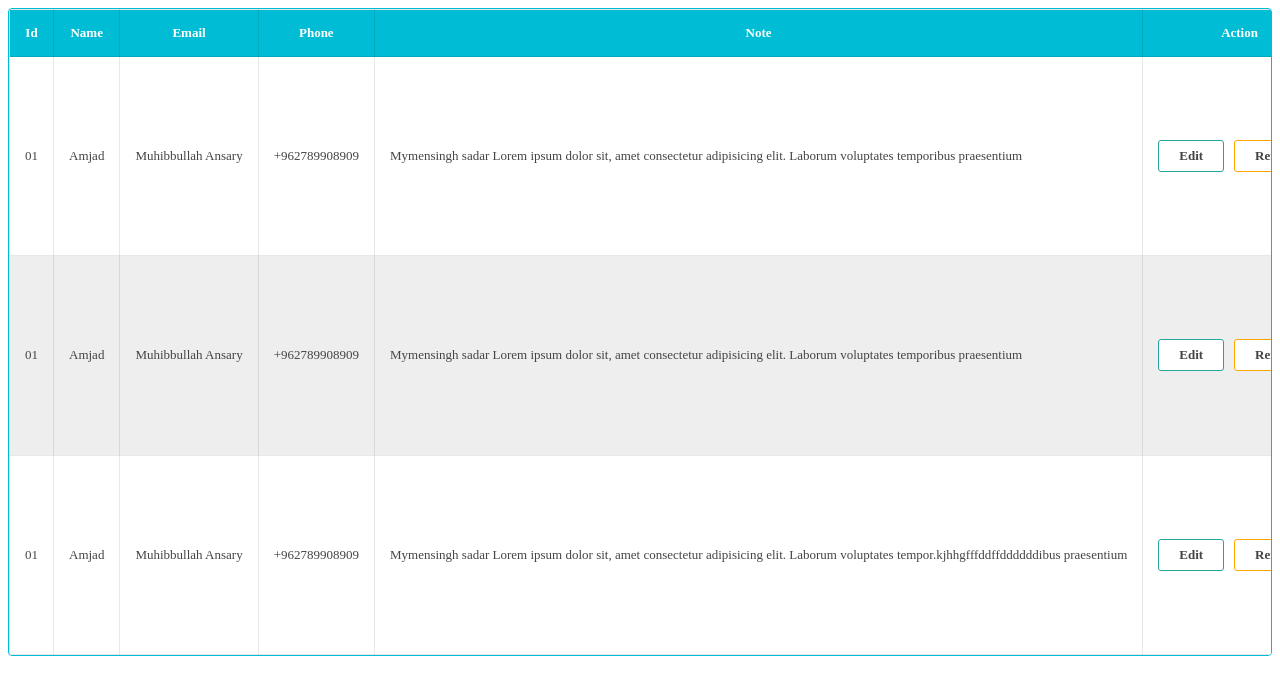
Repository: special4Party/Graduation-project-wedding-hall
Page: include/temp/tttttttttt.html
These files come from the project's save history. The page is drawn as it stood at one moment and after the next save; the edit follows.
The browser window is 1280 px wide. The pictures show the whole page.

Above is the page before, as saved 2022-05-01 00:26:21.

After the next save:
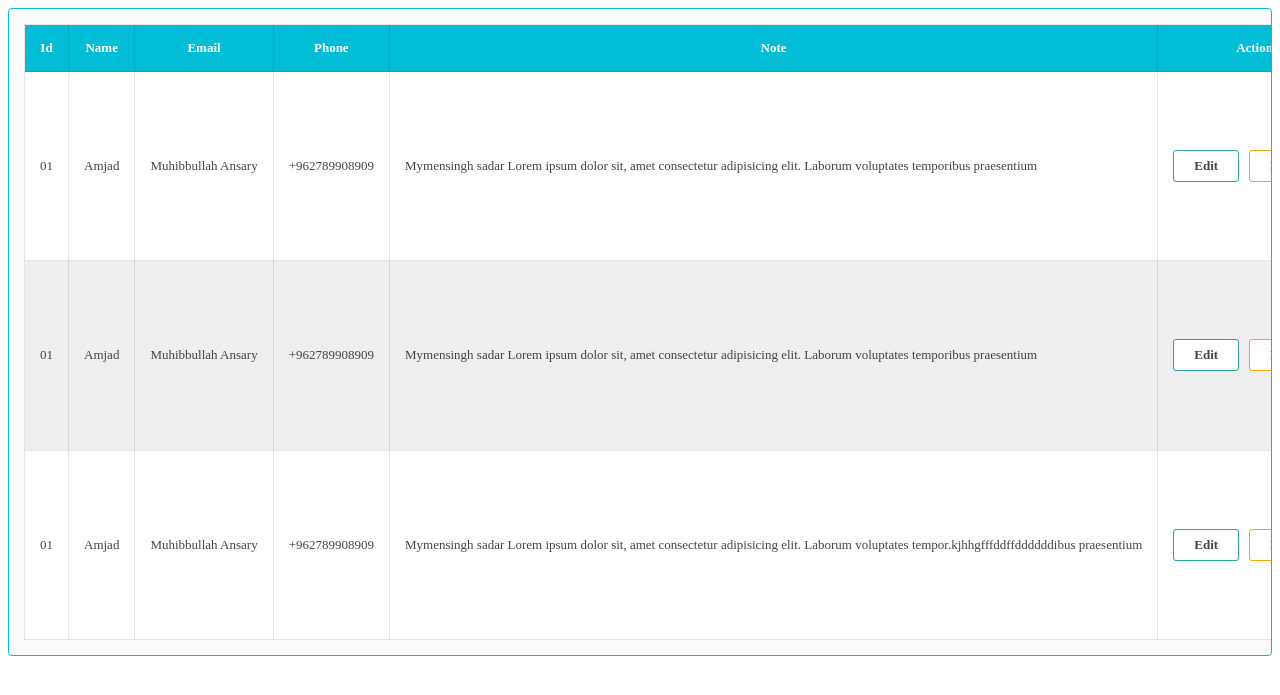
Saved 14 s later.
--- a/layout/css/tttttttt.css
+++ b/layout/css/tttttttt.css
@@ -11,7 +11,7 @@ body>div{
     max-width: 100%;
     border: 1px solid #00bcd4;
     background-color: #efefef33;
-    padding: 0px 0;
+    padding: 15px;
     overflow: auto;
     margin: auto;
     border-radius: 4px;
